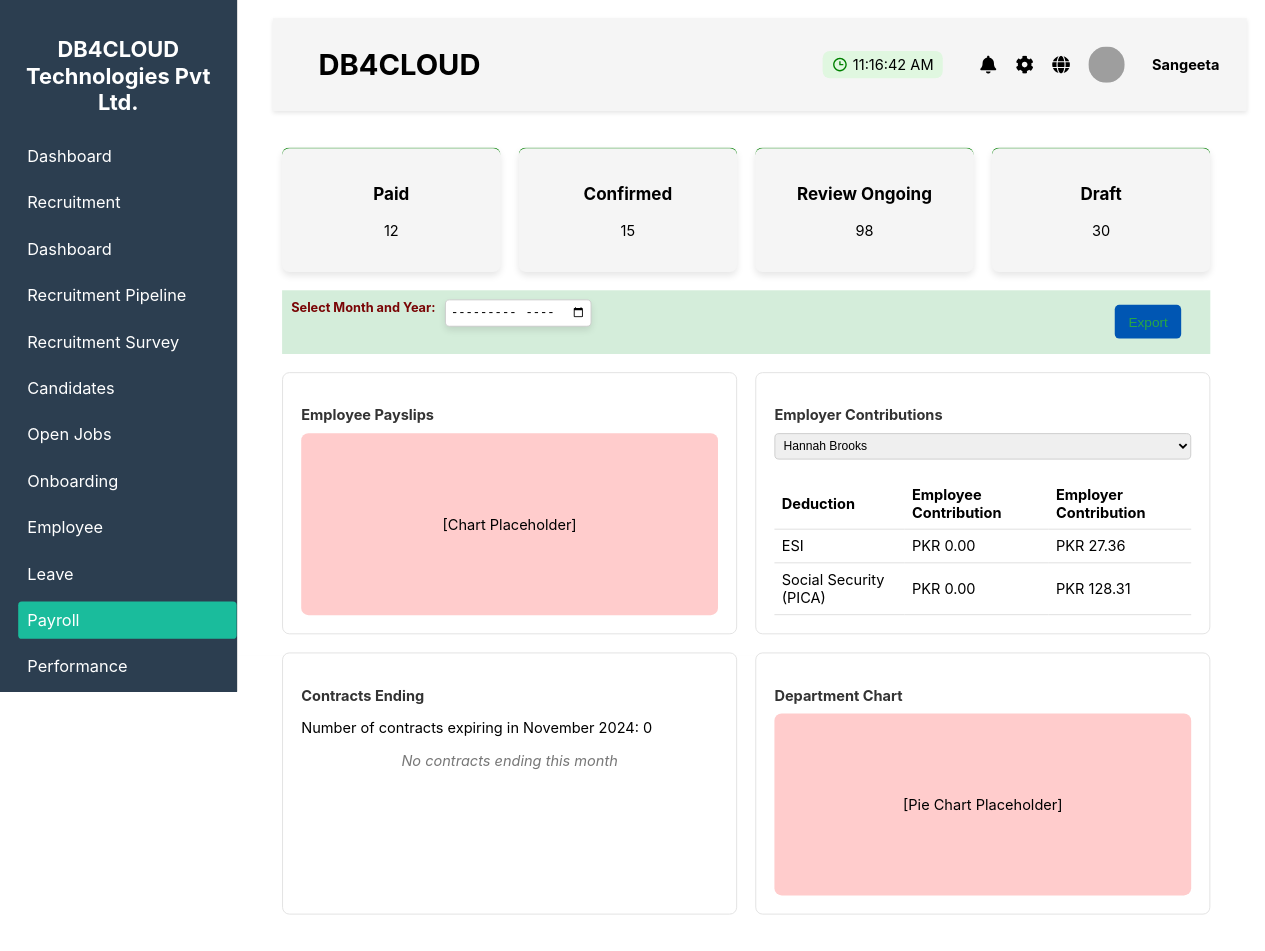
Repository: tinu-ns/Dev-code
Page: /payroll/payroll-dashboard (app in HRMS-DEMO-Sang/hrms/)
These files come from the project's save history. The page is drawn as it stood at one moment and after a run of saves; the edit follows.
The browser window is 1280 px wide. The page is 1390 px wide, so the pictures cover 1390 px, including what lies to the right of the window. The pictures show the whole page, at 91% of full size.
The pointer rests on the first visible `.export`.
Pictures or frames that could not be fetched are drawn as grey boxes. The project was rebuilt for these pictures with package versions that can differ from the ones it lists, and the page was loaded fresh each time. Also part of the build but not shown: HRMS-DEMO-Sang/hrms/src/components/Dashboard.js, HRMS-DEMO-Sang/hrms/src/components/Recruitment.js, HRMS-DEMO-Sang/hrms/src/components/Payroll/Payroll.js, HRMS-DEMO-Sang/hrms/src/components/Leave.js, HRMS-DEMO-Sang/hrms/src/components/Employee.js, HRMS-DEMO-Sang/hrms/src/components/MainContent.css, HRMS-DEMO-Sang/hrms/src/components/MainContent.js, HRMS-DEMO-Sang/hrms/src/components/RightSidebar.css and 8 more. Imported but missing from the stored project, and not drawn on this page: HRMS-DEMO-Sang/hrms/src/components/Onboarding, HRMS-DEMO-Sang/hrms/src/components/Performance.

Above is the page before, as saved 2024-11-06 11:51:36.

After the next 2 saves:
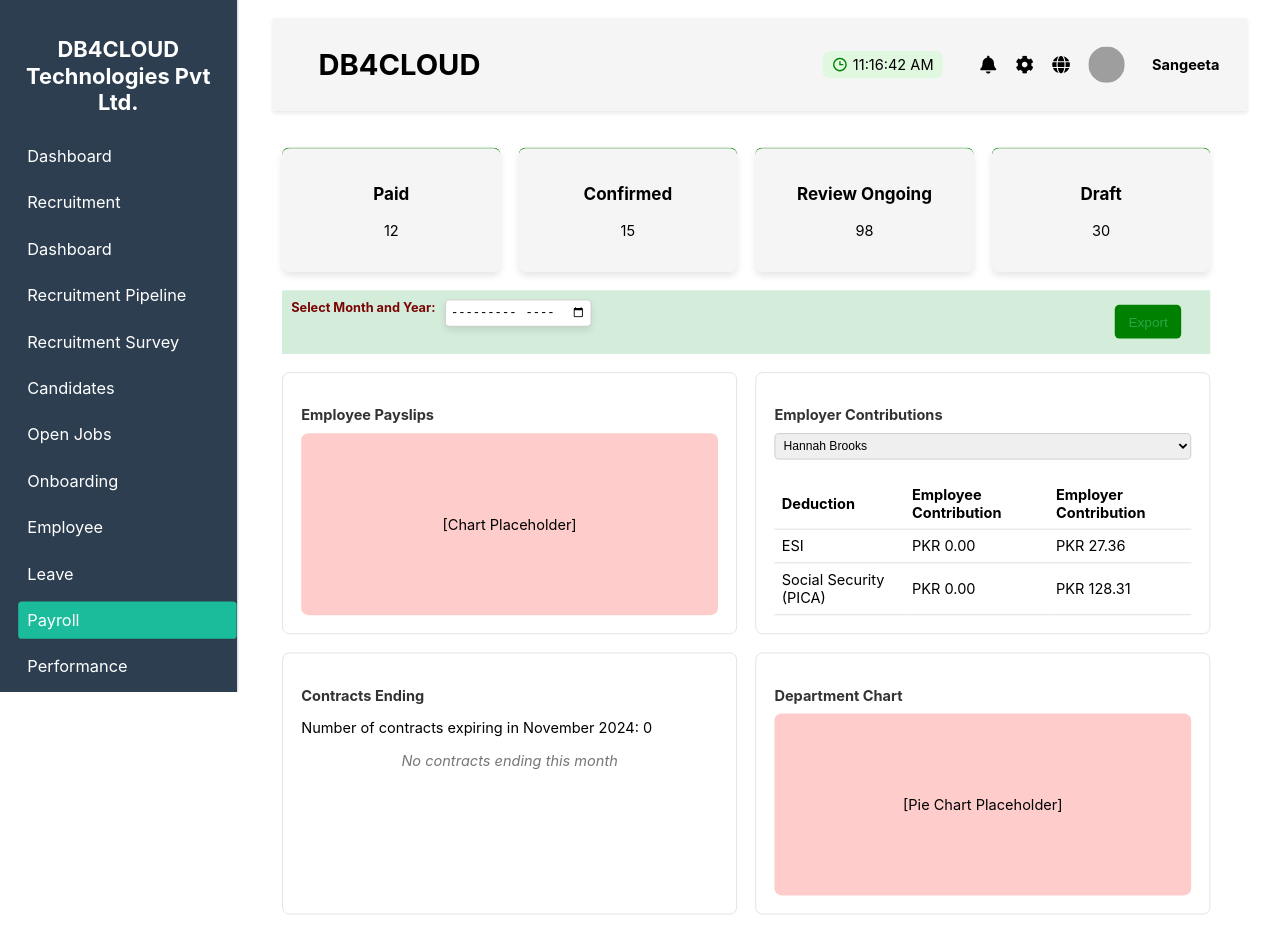
The 2 saves are shown as one change because they came seconds apart.
The last was saved 13 s later.
--- a/HRMS-DEMO-Sang/hrms/src/components/Payroll/PayrollDashboard.css
+++ b/HRMS-DEMO-Sang/hrms/src/components/Payroll/PayrollDashboard.css
@@ -55,7 +55,7 @@
 }
 
 .export:hover {
-    background-color: #0056b3;
+    background-color: green;
   }
 
 .export-form {
